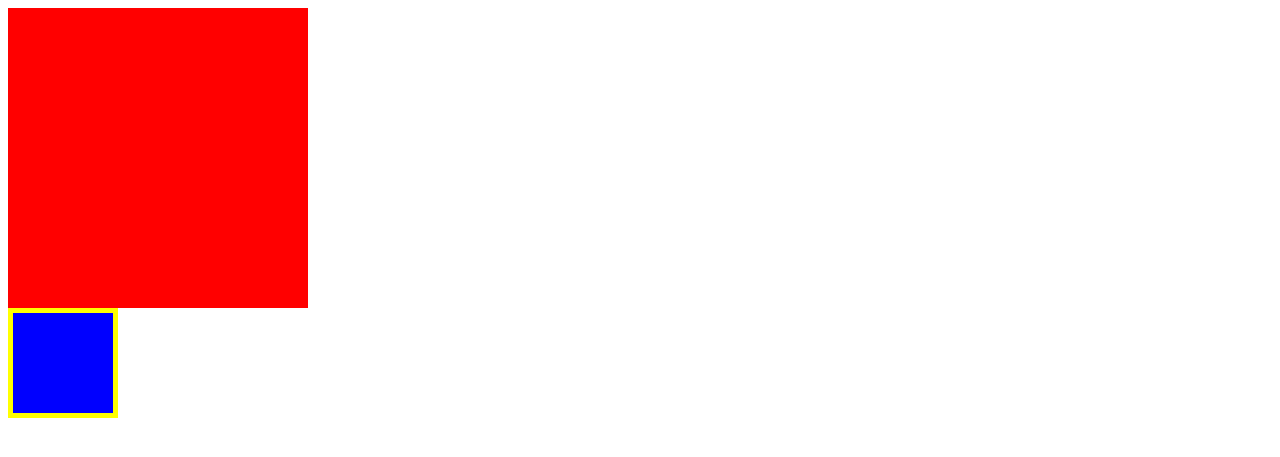
Repository: ebiten1205/kadai.html
Page: box/box.html
The author's editor kept a record of every edit. The page is drawn from the files as they stood at one moment, then again after the next edit.
The browser window is 1280 px wide. The pictures show the whole page.

Above is the page before.

### box/box.html
<!DOCTYPE html>
<html lang="ja">
  <head>
    <meta charset="UTF-8" />
    <!-- CSSファイルの読み込み -->
    <link rel="stylesheet" href="box.css" />
    <title>BOX</title>
  </head>

  <body>
    <!-- box1用のdiv -->
    <div class="box1"></div>
     <div class="box2"></div>
     </div>
  </body>
</html>

### box/box.css

    .box1 {
      width:300px;
      height:300px;
      background-color: red;
    }

    .box2 {
      width:100px;
      height:100px;
      background-color:blue;
      border: 5px solid yellow;
    }

After the next edit:
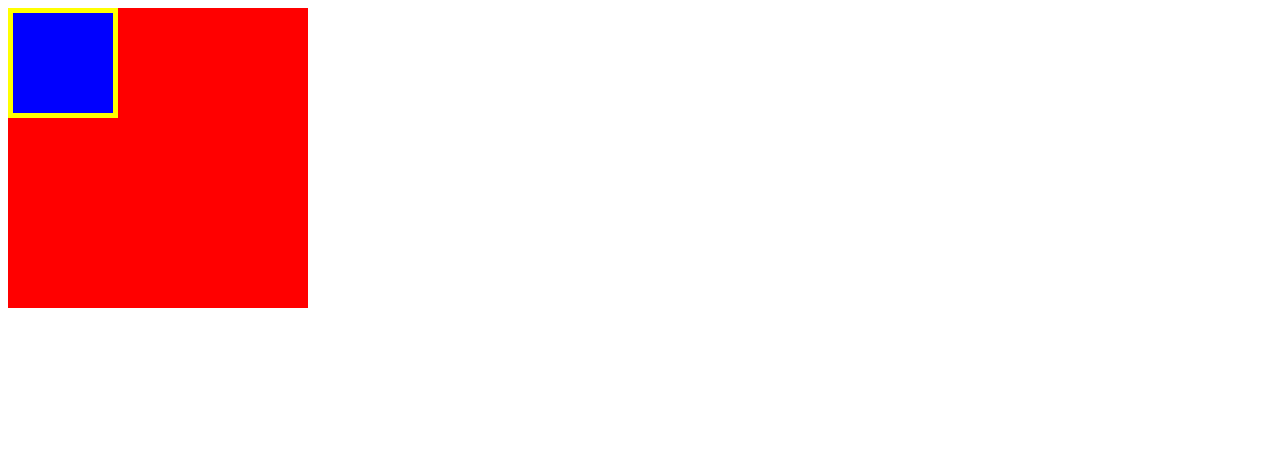
The edit:
--- a/box/box.html
+++ b/box/box.html
@@ -9,7 +9,7 @@
 
   <body>
     <!-- box1用のdiv -->
-    <div class="box1"></div>
+    <div class="box1">
      <div class="box2"></div>
      </div>
   </body>
